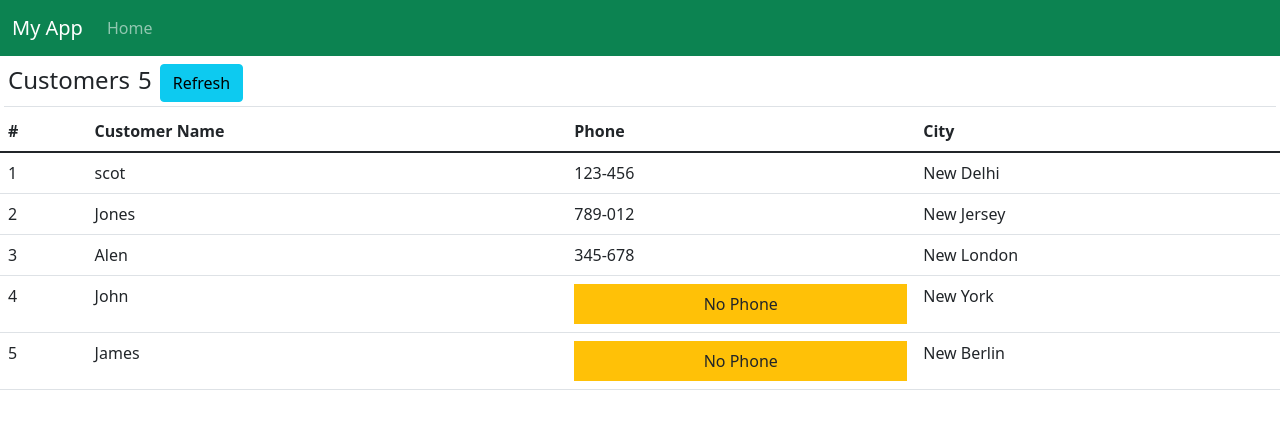
Repository: smit1298/e-commerce
Page: /
An editor plug-in stored every save of this project. The page is shown before and after the next save, followed by the edit.
The browser window is 1280 px wide. The pictures show the whole page.
The project was rebuilt for these pictures with package versions that can differ from the ones it lists, and the page was loaded fresh each time.

Above is the page before, as saved 2022-05-10 17:57:30.

### src/index.js
import React from "react";
import ReactDOM from "react-dom";
import "jquery";
import "popper.js/dist/umd/popper";
import "bootstrap/dist/js/bootstrap";
import "bootstrap/dist/css/bootstrap.css";
import "./index.css";
import App from "./App";

ReactDOM.render(<App />, document.getElementById("root"));

### src/index.css
* {
    box-sizing: border-box;
}

.highlight{
    background-color: #80c0b5;
}

.navbar-style{
    background-color: #0c8351 !important;
}

### src/App.jsx
import React, { Component } from "react";
import MainContent from "./MainContent";
import NavBar from "./NavBar";

export default class App extends Component {
  render() {
    return (
      <React.Fragment>
        <NavBar />
        <MainContent />
      </React.Fragment>
    );
  }
}

### src/MainContent.jsx
import React, { Component } from "react";

export default class MainContent extends Component {
  state = {
    pageTitle: "Customers",
    customersCount: 5,
    customers: [
      { id: 1, name: "scot", phone: "123-456", address: { city: "New Delhi" } },
      {
        id: 2,
        name: "Jones",
        phone: "789-012",
        address: { city: "New Jersey" },
        photo: "https://picsum.photos/id/1010/60"
      },
      {
        id: 3,
        name: "Alen",
        phone: "345-678",
        address: { city: "New London" },
        photo: "https://picsum.photos/id/1010/60"
      },
      { id: 4, name: "John", phone: null, address: { city: "New York" },
      photo: "https://picsum.photos/id/1010/60" },
      { id: 5, name: "James", phone: null, address: { city: "New Berlin" },
      photo: "https://picsum.photos/id/1010/60" }
    ]
  };

  render() {
    return (
      <div>
        <h4 className="border-bottom m-1 p-1">
          {this.state.pageTitle}
          <span className="m-2">{this.state.customersCount}</span>
          <button className="btn btn-info" onClick={this.onRefreshClick}>
            Refresh
          </button>
        </h4>
        <table className="table">
          <thead>
            <tr>
              <th>#</th>
              <th>Customer Name</th>
              <th>Phone</th>
              <th>City</th>
            </tr>
          </thead>
          <tbody>{this.getCustomerRow()}</tbody>
        </table>
      </div>
    );
  }

  //   Executes when the user clicks on refresh button
  onRefreshClick = () => {
    this.setState({
      customersCount: 7
    });
  };

  getPhoneToRender = (phone) => {
    if (phone) return phone;
    else return <div className="bg-warning p-2 text-center">No Phone</div>;
  };

  getCustomerRow = () => {
    return this.state.customers.map((cust) => {
      return (
        <tr key={cust.id}>
          <td>{cust.id}</td>
          <td>{cust.name}</td>
          <td> {this.getPhoneToRender(cust.phone)}</td>
          <td>{cust.address.city}</td>
        </tr>
      );
    });
  };
}

### src/NavBar.jsx
import React, { Component } from "react";

class NavBar extends Component {
  render() {
    return (
      <React.Fragment>
        <nav className="navbar navbar-expand-lg navbar-dark bg-dark navbar-style">
          <div className="container-fluid">
            <a className="navbar-brand" href="/#">
              My App
            </a>
            <button
              className="navbar-toggler"
              type="button"
              data-bs-toggle="collapse"
              data-bs-target="#navbarSupportedContent"
              aria-controls="navbarSupportedContent"
              aria-expanded="false"
              aria-label="Toggle navigation"
            >
              <span className="navbar-toggler-icon"></span>
            </button>

            <div
              className="collapse navbar-collapse"
              id="navbarSupportedContent"
            >
              <ul className="navbar-nav me-auto mb-2 mb-lg-0">
                <li className="nav-item">
                  <a className="nav-link" href="/#">
                    Home
                  </a>
                </li>
              </ul>
            </div>
          </div>
        </nav>
      </React.Fragment>
    );
  }
}

export default NavBar;

Loaded but not shown: public/index.html (common file)

After the next save:
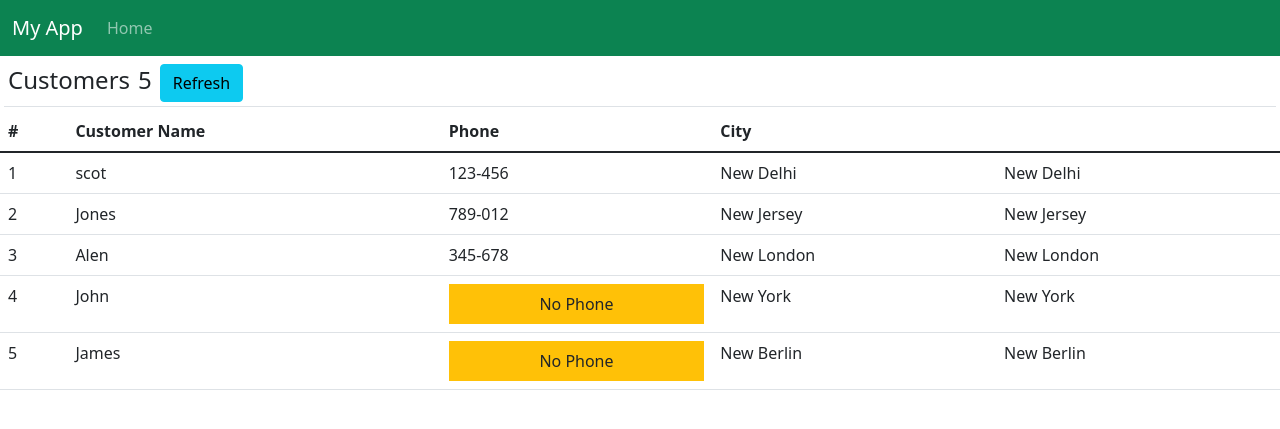
Saved 66 s later.
--- a/src/MainContent.jsx
+++ b/src/MainContent.jsx
@@ -72,6 +72,7 @@
           <td>{cust.name}</td>
           <td> {this.getPhoneToRender(cust.phone)}</td>
           <td>{cust.address.city}</td>
+          <td>{cust.address.city}</td>
         </tr>
       );
     });

After the 2 saves that followed:
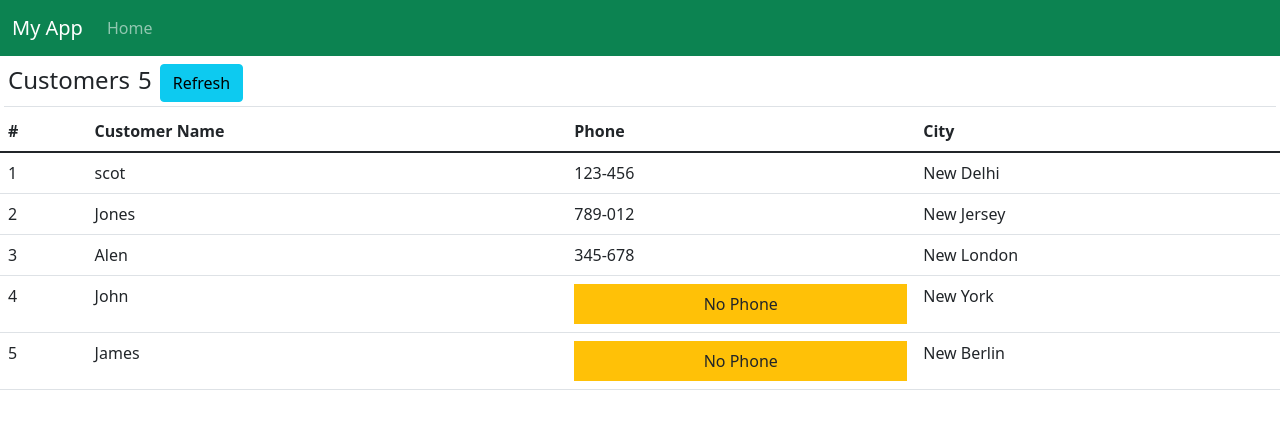
The 2 saves are shown as one change because 1 did not build or start.
The last was saved 17 s later.
--- a/src/MainContent.jsx
+++ b/src/MainContent.jsx
@@ -72,7 +72,6 @@
           <td>{cust.name}</td>
           <td> {this.getPhoneToRender(cust.phone)}</td>
           <td>{cust.address.city}</td>
-          <td>{cust.address.city}</td>
         </tr>
       );
     });
